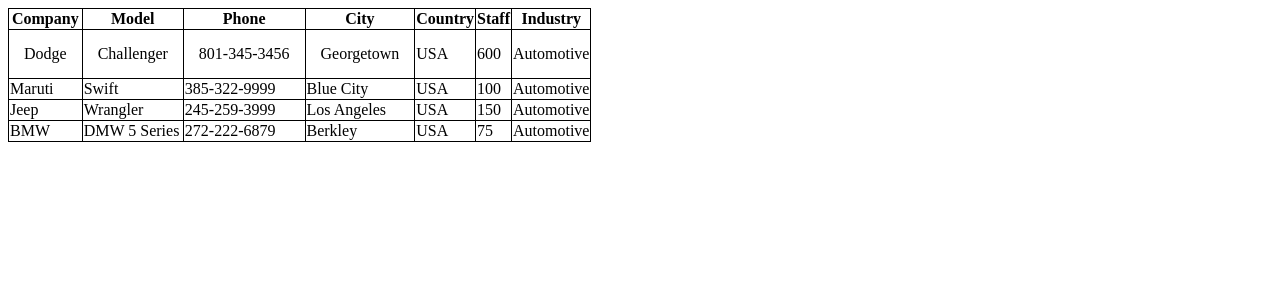
Repository: vgoins-RA2022/HTML-2
Page: index.html
An editor plug-in stored every save of this project. The page is shown before and after the next save, followed by the edit.
The browser window is 1280 px wide. The pictures show the whole page.

Above is the page before, as saved 2023-01-21 22:25:01.

### index.html
<!DOCTYPE html>
<html lang="en">

<head>
  <meta charset="UTF-8">
  <meta name="viewport" content="width=device-width, initial-scale=1">
  <link rel="stylesheet" href="../HTML-2/src/css/Style.css" type="text/css">
  <title>HTML Table Assignment 2</title>
</head>

<body>
  <!-- Build Table -->
  <table>
    <thead>
      <tr>
        <!-- Name colomn headings -->
        <th>Company</th>
        <th>Model</th>
        <th>Phone</th>
        <th>City</th>
        <th>Country</th>
        <th>Staff</th>
        <th>Industry</th>
      </tr>
    </thead>
    <tbody>
      <tr>
        <!--Beginning table data  -->
        <td class="table-cell-padding">Dodge</td>
        <td class="table-cell-padding">Challenger</td>
        <td class="table-cell-padding">801-345-3456</td>
        <td class="table-cell-padding">Georgetown</td>

        <td>USA</td>
        <td>600</td>
        <td>Automotive</td>
      </tr>
       <tr>
        <td>Maruti</td>
        <td>Swift</td>
        <td>385-322-9999</td>
        <td>Blue City</td>
        <td>USA</td>
        <td>100</td>
        <td>Automotive</td>
      </tr><tr>
        <td>Jeep</td>
        <td>Wrangler</td>
        <td>245-259-3999</td>
        <td>Los Angeles</td>
        <td>USA</td>
        <td>150</td>
        <td>Automotive</td>
      </tr>
      <tr>
        <td>BMW</td>
        <td>DMW 5 Series</td>
        <td>272-222-6879</td>
        <td>Berkley</td>
        <td>USA</td>
        <td>75</td>
        <td>Automotive</td>
      </tr>
    </tbody>
    <!-- Ending table data -->
  </table>

 </body>

</html>

### src/css/Style.css

table, th, td {
  border: 1px solid black;
  border-collapse: collapse;
}

  .table-cell-padding {
    padding: 15px;
  }

After the next save:
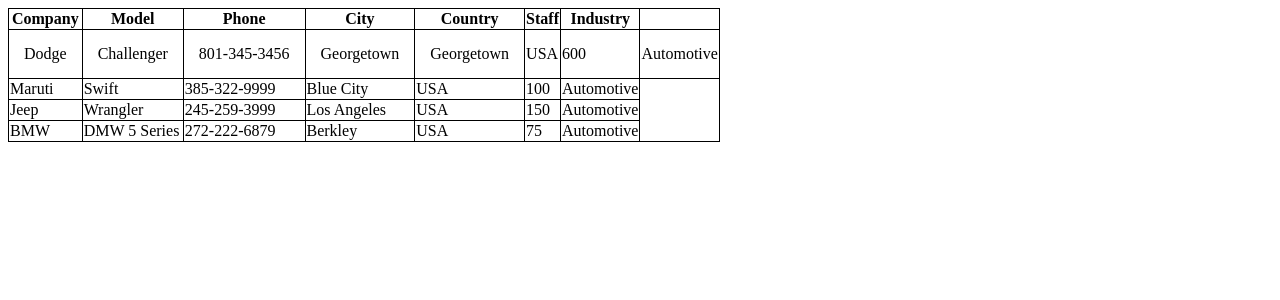
Saved 10 s later.
--- a/index.html
+++ b/index.html
@@ -30,7 +30,7 @@
         <td class="table-cell-padding">Challenger</td>
         <td class="table-cell-padding">801-345-3456</td>
         <td class="table-cell-padding">Georgetown</td>
-
+        <td class="table-cell-padding">Georgetown</td>
         <td>USA</td>
         <td>600</td>
         <td>Automotive</td>
